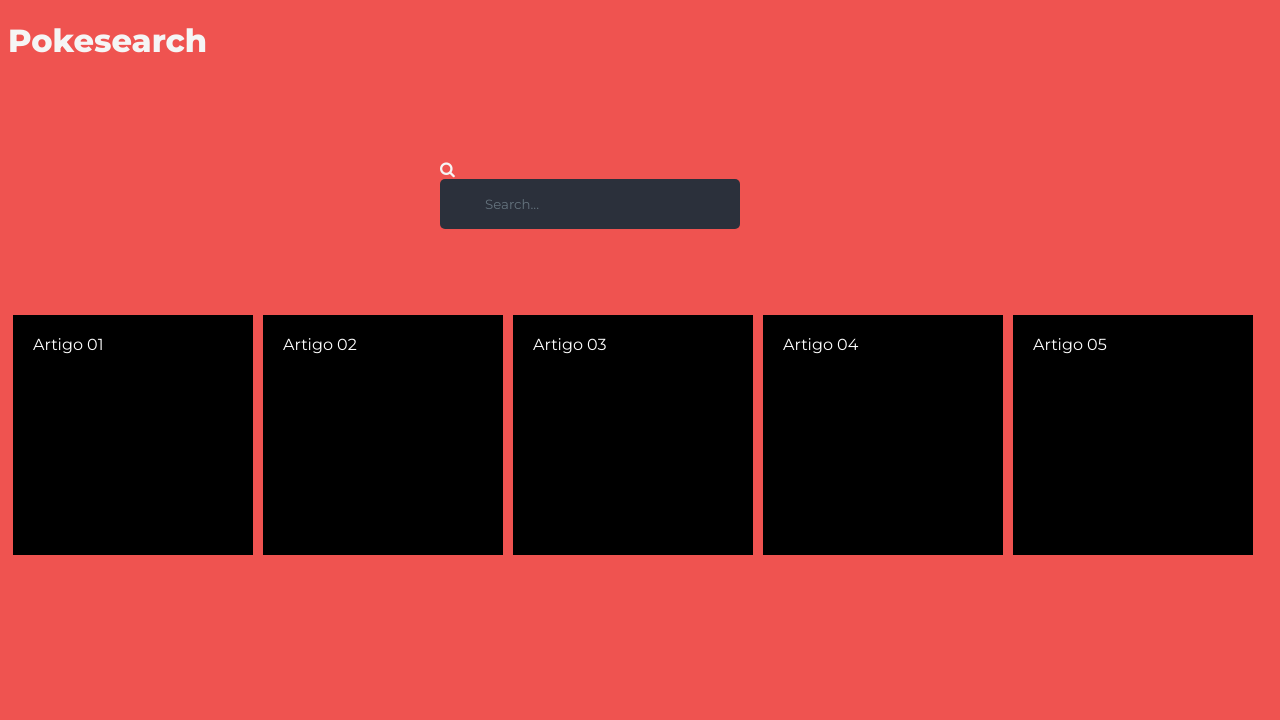
Repository: byjuliogomes/pokebyte
Page: index.html
The author's editor kept a copy of each file at every save. The page is drawn from the files as they stood at one save, then again after the next save.
The browser window is 1280 px wide. The pictures show the whole page.
Some web libraries are served in a nearby version.

Above is the page before, as saved 2020-06-04 10:04:13.

After the next save:
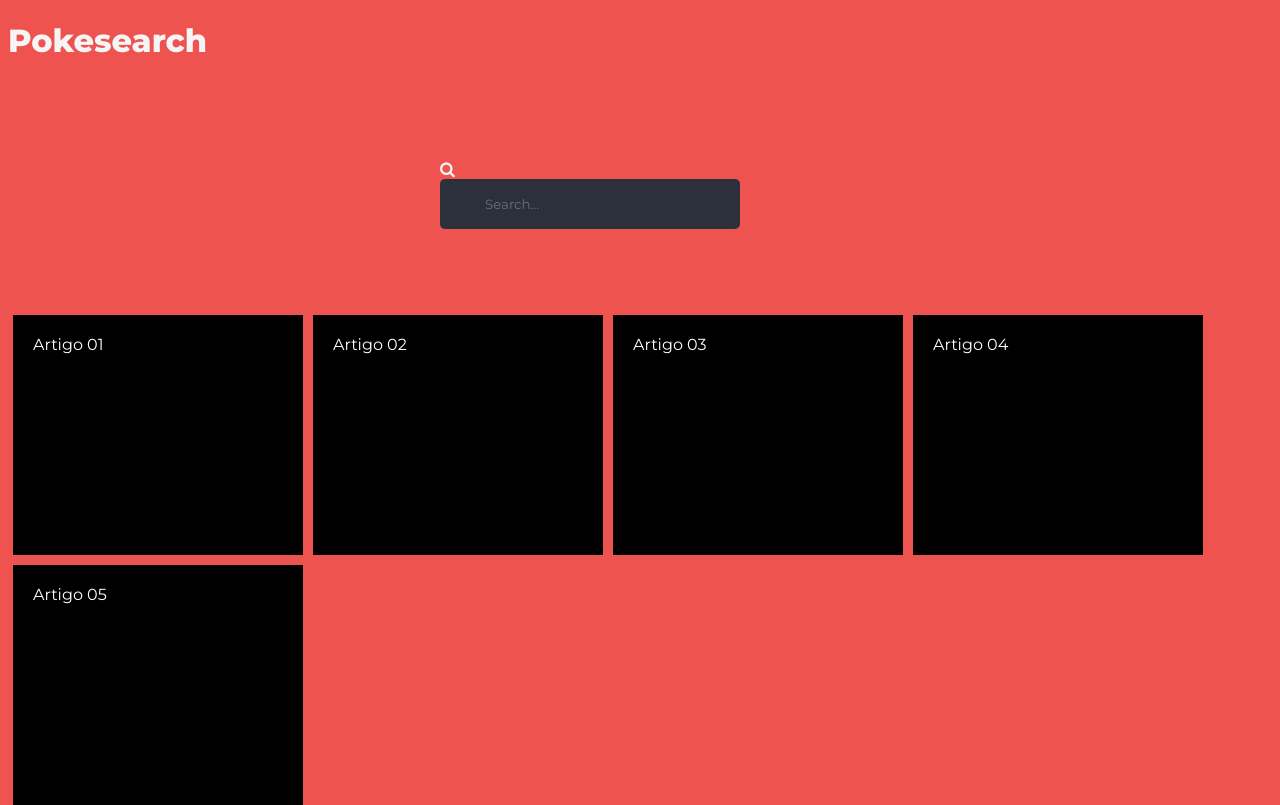
Saved 20 s later.
--- a/app.css
+++ b/app.css
@@ -8,7 +8,7 @@
 }
 
 .container {
-    height: 250px;
+    height: 200px;
     display: flex;
     flex-wrap: wrap;
     flex-flow: row wrap;
@@ -21,7 +21,7 @@
     color: #ffff;
     padding: 20px;
     margin: 5px;
-    width: 200px;
+    width: 250px;
     height: 200px;
 }
 
